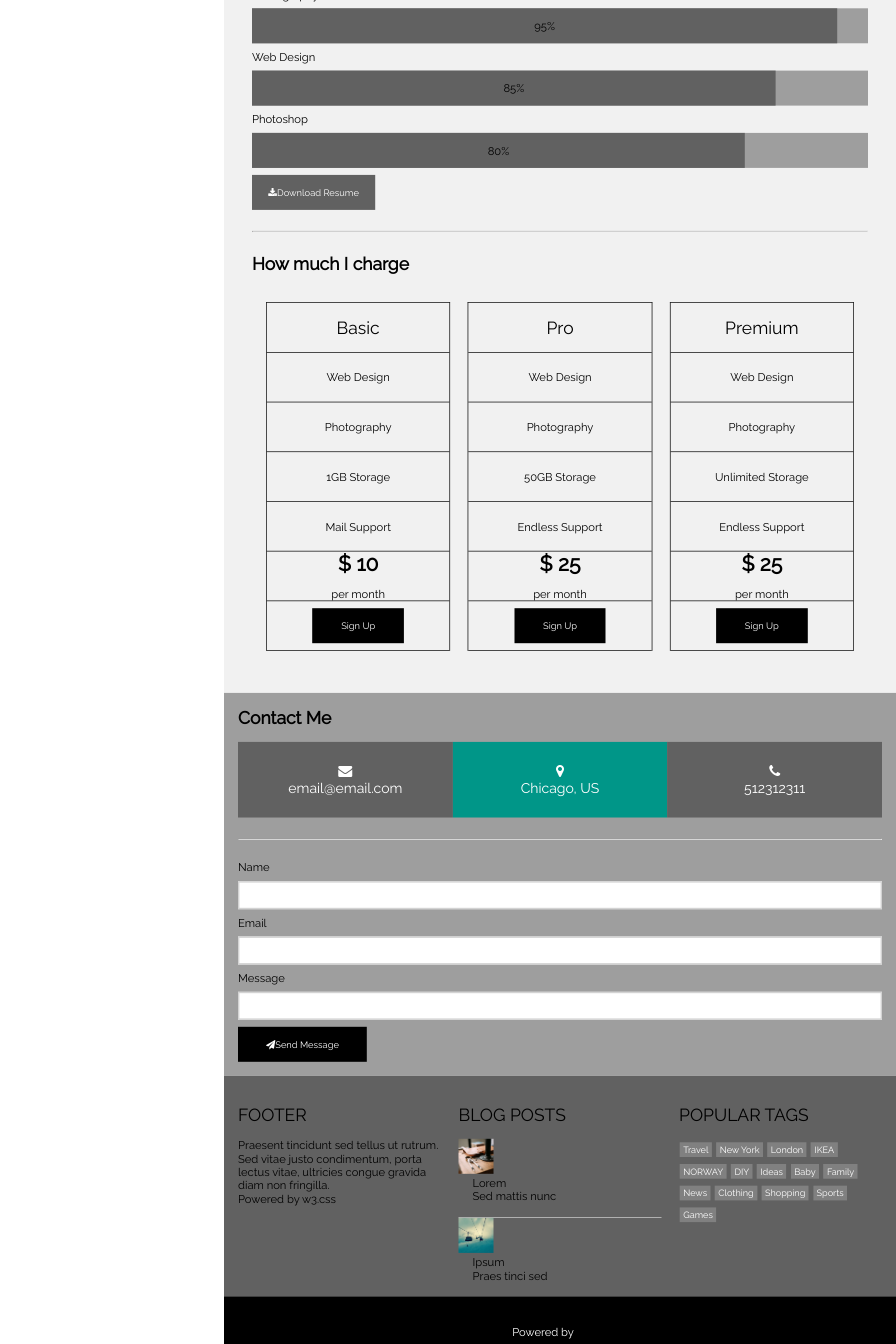
Repository: hesshess/clonecoding-assignment
Page: 5-nature-portfolio/template5.html
These files come from the project's save history. The page is drawn as it stood at one moment and after the next save; the edit follows.
The browser window is 1280 px wide. The pictures show the part of the page from y = 1597 to 3517 px (the page is 3549 px tall before and 3559 px after), at 70% of full size.

Above is the page before, as saved 2022-03-22 00:53:25.

### 5-nature-portfolio/template5.html
<!DOCTYPE html>
<html>
  <head>
    <title>Nature Portfolio</title>
    <meta charset="UTF-8" />
    <meta name="viewport" content="width=device-width, initial-scale=1" />

    <link
      rel="stylesheet"
      href="https://fonts.googleapis.com/css?family=Raleway"
    />
    <link
      rel="stylesheet"
      href="https://cdnjs.cloudflare.com/ajax/libs/font-awesome/4.7.0/css/font-awesome.min.css"
    />
    <link rel="stylesheet" href="./template5.css" />
  </head>
  <body>
    <!-- Sidebar/menu -->
    <nav id="mySidebar" class="column">
      <img src="./img/avatar_g2.jpg" />
      <h2><b>PORTFOLIO</b></h2>
      <p style="color: gray">Template by W3.CSS</p>

      <a href="#portfolio" style="color: #009688"
        ><i class="fa fa-th-large fa-fw"></i>PORTFOLIO</a
      >
      <a href="#about"><i class="fa fa-user fa-fw"></i>ABOUT</a>
      <a href="#contact"><i class="fa fa-envelope fa-fw"></i>CONTACT</a>

      <div>
        <i class="fa fa-facebook-official w3-hover-opacity"></i>
        <i class="fa fa-instagram"></i>
        <i class="fa fa-snapchat"></i>
        <i class="fa fa-pinterest-p"></i>
        <i class="fa fa-twitter"></i>
        <i class="fa fa-linkedin"></i>
      </div>
    </nav>
    <div class="back"></div>
    <!-- !PAGE CONTENT! -->
    <div class="front">
      <div class="cv">
        <!-- Header -->
        <header id="portfolio">
          <div>
            <h1><b>My Portfolio</b></h1>
            <div class="filter">
              <div class="f1">Filter:</div>
              <div class="filter_btn">ALL</div>
              <div class="filter_btn"><i class="fa fa-diamond"></i>Design</div>
              <div class="filter_btn"><i class="fa fa-photo"></i>Photos</div>
              <div class="filter_btn"><i class="fa fa-map-pin"></i>Art</div>
            </div>
            <div class="bar"></div>
          </div>
        </header>

        <!-- Photo Grid-->

        <div class="grid">
          <div class="box">
            <img src="./img/mountains.jpg" alt="Norway" />
            <div class="box-txt">
              <p><b>Lorem Ipsum</b></p>
              <p>
                Praesent tincidunt sed tellus ut rutrum. Sed vitae justo
                condimentum, porta lectus vitae, ultricies congue gravida diam
                non fringilla.
              </p>
            </div>
          </div>

          <div class="box">
            <img src="./img/lights.jpg" alt="Norway" />
            <div class="box-txt">
              <p><b>Lorem Ipsum</b></p>
              <p>
                Praesent tincidunt sed tellus ut rutrum. Sed vitae justo
                condimentum, porta lectus vitae, ultricies congue gravida diam
                non fringilla.
              </p>
            </div>
          </div>

          <div class="box">
            <img src="./img/nature.jpg" alt="Norway" />
            <div class="box-txt">
              <p><b>Lorem Ipsum</b></p>
              <p>
                Praesent tincidunt sed tellus ut rutrum. Sed vitae justo
                condimentum, porta lectus vitae, ultricies congue gravida diam
                non fringilla.
              </p>
            </div>
          </div>

          <div class="box">
            <img src="./img/p1.jpg" alt="Norway" />
            <div class="box-txt">
              <p><b>Lorem Ipsum</b></p>
              <p>
                Praesent tincidunt sed tellus ut rutrum. Sed vitae justo
                condimentum, porta lectus vitae, ultricies congue gravida diam
                non fringilla.
              </p>
            </div>
          </div>
          <div class="box">
            <img src="./img/p2.jpg" alt="Norway" />
            <div class="box-txt">
              <p><b>Lorem Ipsum</b></p>
              <p>
                Praesent tincidunt sed tellus ut rutrum. Sed vitae justo
                condimentum, porta lectus vitae, ultricies congue gravida diam
                non fringilla.
              </p>
            </div>
          </div>

          <div class="box">
            <img src="./img/p3.jpg" alt="Norway" />
            <div class="box-txt">
              <p><b>Lorem Ipsum</b></p>
              <p>
                Praesent tincidunt sed tellus ut rutrum. Sed vitae justo
                condimentum, porta lectus vitae, ultricies congue gravida diam
                non fringilla.
              </p>
            </div>
          </div>
        </div>

        <!-- Pagination -->

        <div class="pagination">
          <a class="page" href="#">«</a>
          <a class="page" href="#">1</a>
          <a class="page" href="#">2</a>
          <a class="page" href="#">3</a>
          <a class="page" href="#">4</a>
          <a class="page" href="#">»</a>
        </div>

        <!-- Images of Me -->
        <div id="about">
          <div>
            <img src="./img/avatar_g.jpg" alt="Me" />
          </div>
          <div>
            <img src="./img/me2.jpg" alt="Me" />
          </div>
        </div>

        <div class="about-txt">
          <h4><b>About Me</b></h4>
          <p>
            Just me, myself and I, exploring the universe of unknownment. I have
            a heart of love and an interest of lorem ipsum and mauris neque quam
            blog. I want to share my world with you. Praesent tincidunt sed
            tellus ut rutrum. Sed vitae justo condimentum, porta lectus vitae,
            ultricies congue gravida diam non fringilla. Praesent tincidunt sed
            tellus ut rutrum. Sed vitae justo condimentum, porta lectus vitae,
            ultricies congue gravida diam non fringilla.
          </p>
          <hr />

          <h4>Technical Skills</h4>
          <!-- Progress bars / Skills -->
          <p>Photography</p>
          <div class="full">
            <div class="mylevel" style="width: 95%">95%</div>
          </div>
          <p>Web Design</p>
          <div class="full">
            <div class="mylevel" style="width: 85%">85%</div>
          </div>
          <p>Photoshop</p>
          <div class="full">
            <div class="mylevel" style="width: 80%">80%</div>
          </div>
          <p>
            <button style="background-color: #616161">
              <i class="fa fa-download"></i>Download Resume
            </button>
          </p>
          <hr />

          <h4>How much I charge</h4>
          <!-- Pricing Tables -->
          <div class="price-box">
            <div class="price-box-sm">
              <li><h3>Basic</h3></li>
              <li>Web Design</li>
              <li>Photography</li>
              <li>1GB Storage</li>
              <li>Mail Support</li>
              <li class="column">
                <h2>$ 10</h2>
                <span>per month</span>
              </li>
              <li>
                <button style="width: 50%">Sign Up</button>
              </li>
            </div>

            <div class="price-box-sm">
              <li><h3>Pro</h3></li>
              <li>Web Design</li>
              <li>Photography</li>
              <li>50GB Storage</li>
              <li>Endless Support</li>
              <li class="column">
                <h2>$ 25</h2>
                <span>per month</span>
              </li>
              <li>
                <button style="width: 50%">Sign Up</button>
              </li>
            </div>

            <div class="price-box-sm">
              <li><h3>Premium</h3></li>
              <li>Web Design</li>
              <li>Photography</li>
              <li>Unlimited Storage</li>
              <li>Endless Support</li>
              <li class="column">
                <h2>$ 25</h2>
                <span>per month</span>
              </li>
              <li>
                <button style="width: 50%">Sign Up</button>
              </li>
            </div>
          </div>
        </div>
      </div>
      <!-- Contact Section -->
      <div class="contact">
        <h4 id="contact"><b>Contact Me</b></h4>
        <div class="contact-box">
          <div class="contact-box-sm">
            <p><i class="fa fa-envelope"></i></p>
            <p>email@email.com</p>
          </div>
          <div class="contact-box-sm" style="background-color: #009688">
            <p>
              <i class="fa fa-map-marker"></i>
            </p>
            <p>Chicago, US</p>
          </div>
          <div class="contact-box-sm">
            <p><i class="fa fa-phone"></i></p>
            <p>512312311</p>
          </div>
        </div>
        <hr />
        <form>
          <div>
            <label>Name</label>
            <input type="text" name="Name" required />
          </div>
          <div>
            <label>Email</label>
            <input type="text" name="Email" required />
          </div>
          <div>
            <label>Message</label>
            <input type="text" name="Message" required />
          </div>
          <button type="submit">
            <i class="fa fa-paper-plane"></i>Send Message
          </button>
        </form>
      </div>

      <!-- Footer -->
      <footer>
        <div>
          <h3>FOOTER</h3>
          <p>
            Praesent tincidunt sed tellus ut rutrum. Sed vitae justo
            condimentum, porta lectus vitae, ultricies congue gravida diam non
            fringilla.
          </p>
          <p>
            Powered by
            <a>w3.css</a>
          </p>
        </div>

        <div class="footer-box post">
          <h3>BLOG POSTS</h3>

          <div class="border post">
            <img src="./img/workshop.jpg" />
            <div class="list-text">
              <span>Lorem</span><br />
              <span>Sed mattis nunc</span>
            </div>
          </div>
          <div class="post">
            <img src="./img/gondol.jpg" />
            <div class="list-text">
              <span>Ipsum</span><br />
              <span>Praes tinci sed</span>
            </div>
          </div>
        </div>

        <div class="footer-box">
          <h3>POPULAR TAGS</h3>
          <p>
            <span class="tag">Travel</span>
            <span class="tag">New York</span>
            <span class="tag">London</span>
            <span class="tag">IKEA</span>
            <span class="tag">NORWAY</span>
            <span class="tag">DIY</span>
            <span class="tag">Ideas</span>
            <span class="tag">Baby</span>
            <span class="tag">Family</span>
            <span class="tag">News</span>
            <span class="tag">Clothing</span>
            <span class="tag">Shopping</span>
            <span class="tag">Sports</span>
            <span class="tag">Games</span>
          </p>
        </div>
      </footer>

      <!-- End page content -->

      <div class="footer">
        Powered by
        <a>w3.css</a>
      </div>
    </div>
  </body>
</html>

### 5-nature-portfolio/template5.css
body,
h1,
h2,
h3,
h4,
h5,
h6,
p {
  font-family: 'Raleway', sans-serif;
  margin: 0;
}
h1 {
  font-size: 40px;
}
h2 {
  font-size: 30px;
}
h3 {
  font-size: 25px;
  font-weight: 100;
  padding: 20px 0;
}
h4 {
  font-size: 25px;
  margin-bottom: 20px;
}
h5 {
  font-size: 15px;
}
h6 {
  font-size: 10px;
}
img {
  max-width: 100%;
}
* {
  box-sizing: border-box;
}

a {
  text-decoration: none;
  color: black;
}
a:hover {
  background-color: lightgray;
}
body {
  display: grid;
  gap: 0;
  grid-template-columns: 1fr 3fr;
  grid-template-rows: 3fr;
}
nav {
  width: 25%;
  position: fixed;
  height: 70%;
  margin: 0;
  padding: 30px;
  background-color: white;
}
.column {
  display: flex;
  flex-direction: column;
  justify-content: space-between;
}
#mySidebar > img {
  width: 50%;
  border-radius: 5px;
}
.cv {
  background-color: #f1f1f1;
  padding: 20px;
}
.filter {
  display: flex;
  align-items: center;
  padding: 20px 0;
}
.f1 {
  margin-right: 20px;
}
.filter_btn {
  padding: 10px 20px;
  margin-right: 10px;
  background-color: white;
}

.bar {
  background-color: #cccccc;
  height: 7px;
  width: 100%;
  margin-bottom: 20px;
}
.grid {
  display: grid;
  gap: 20px;
  grid-template:
    'box box box' 1fr
    'box box box' 1fr / 1fr 1fr 1fr;
}

.box img {
  width: 100%;
}
.box-txt {
  background-color: white;
  padding: 10px;
}
.pagination {
  padding: 50px;
  display: flex;
  justify-content: center;
}
.page {
  width: 5%;
  padding: 20px;
  display: flex;
  justify-content: center;
  align-items: center;
}
#about {
  display: flex;
  justify-content: space-evenly;
}
.about-txt {
  padding: 20px;
}
.full {
  width: 100%;
  height: 50px;
  background-color: #9e9e9e;
  margin: 10px 0;
}
.mylevel {
  width: 100%;
  height: 50px;
  background-color: #616161;
  display: flex;
  justify-content: center;
  align-items: center;
}

.price-box {
  margin: auto;
  padding: 20px;
  display: grid;
  gap: 25px;
  grid-template: 'box box box' 1fr/ 1fr 1fr 1fr;
}
.price-box-sm {
  margin: auto;
  display: grid;
  border-top: 1px solid black;
  border-left: 1px solid black;
  border-right: 1px solid black;
  width: 100%;
  display: grid;
  grid-template:
    'box' 1fr
    'box' 1fr
    'box' 1fr
    'box' 1fr
    'box' 1fr
    'box' 1fr
    'box' 1fr/ 1fr;
  text-align: center;
  justify-content: center;
  align-items: center;
}
.contact-box {
  width: 100%;
  display: grid;
  grid-template: 1fr/ 1fr 1fr 1fr;
}
.contact-box-sm {
  margin: auto;
  width: 100%;
  padding: 30px 0;
  color: white;
  display: flex;
  flex-direction: column;
  justify-content: center;
  align-items: center;
  font-size: 20px;
  background-color: #616161;
}
.contact {
  background-color: #9e9e9e;
  padding: 20px;
}

form {
  margin: auto;
  width: 100%;
}
form button.message {
  background-color: black;
  color: white;
}
input {
  margin: 5px auto;
  width: 100%;
  padding: 10px;
  margin: 10px 0;
  font-family: inherit;
  border: 2px solid lightgray;
}
button {
  border: none;
  width: 20%;
  height: 50px;
  background-color: black;
  color: white;
  font-family: inherit;
}
button:hover {
  background-color: gray;
}
hr {
  margin: 30px 0;
}

footer {
  background-color: #616161;
  margin: auto;
  padding: 20px;
  display: grid;
  gap: 25px;
  grid-template: 'box box box' 1fr/ 1fr 1fr 1fr;
}
ul {
  padding-inline-start: 0;
}
.post > img {
  height: 50px;
}
li {
  height: 100%;
  display: flex;
  justify-content: center;
  align-items: center;
  text-align: center;
  border-bottom: 1px solid black;
}

.list-text {
  padding-left: 20px;
}
.border {
  padding-bottom: 20px;
  border-bottom: 1px solid lightgray;
}

.tag {
  font-size: 13px;
  padding: 3px 5px;
  display: inline-block;
  background-color: gray;
  color: white;
  margin: 5px 1px;
}
.footer {
  display: flex;
  padding: 20px;
  height: 100px;
  justify-content: center;
  align-items: center;
  background: black;
  color: white;
}

After the next save:
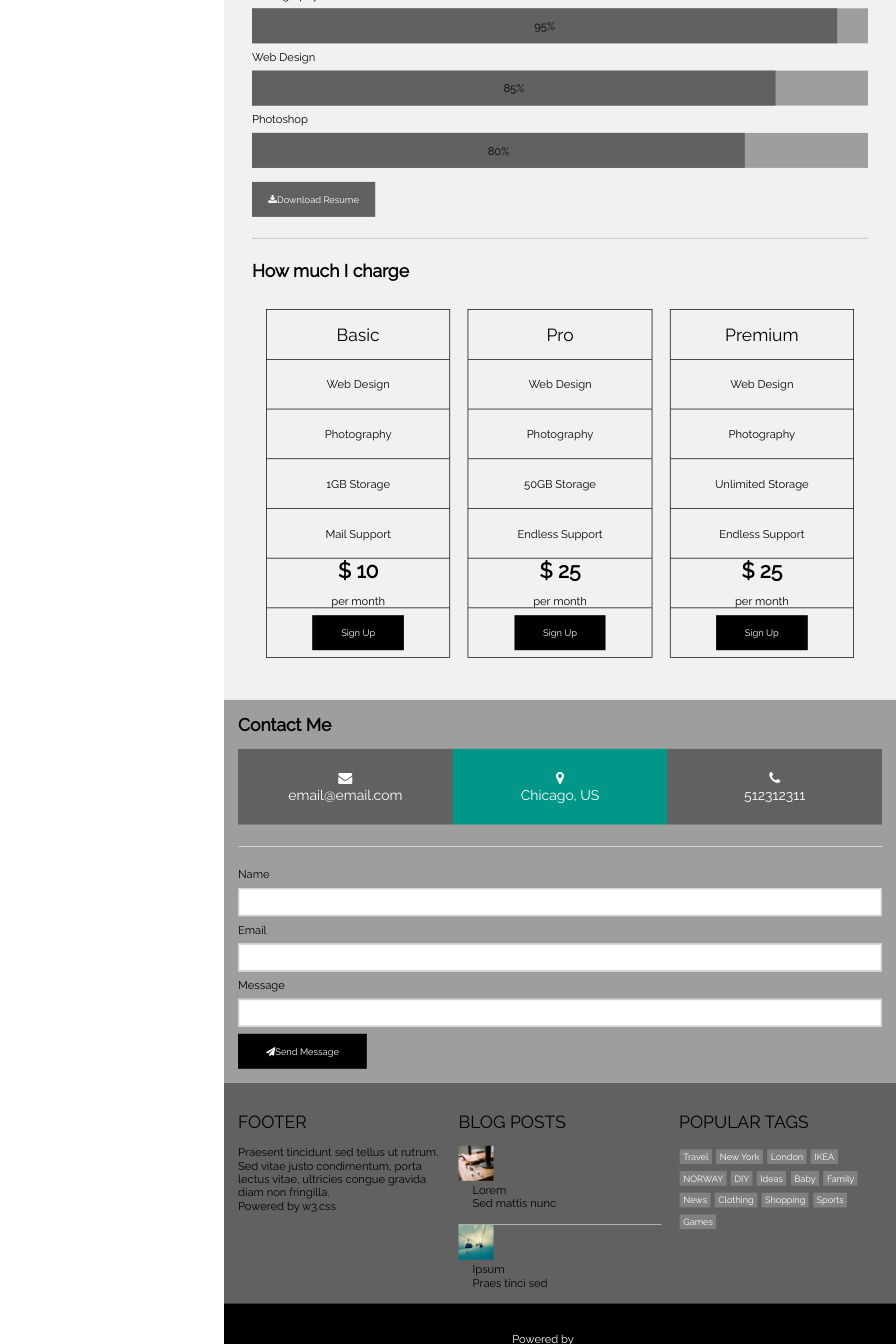
Saved 25 s later.
--- a/5-nature-portfolio/template5.html
+++ b/5-nature-portfolio/template5.html
@@ -180,7 +180,7 @@
             <div class="mylevel" style="width: 80%">80%</div>
           </div>
           <p>
-            <button style="background-color: #616161">
+            <button style="background-color: #616161; margin-top: 10px">
               <i class="fa fa-download"></i>Download Resume
             </button>
           </p>
